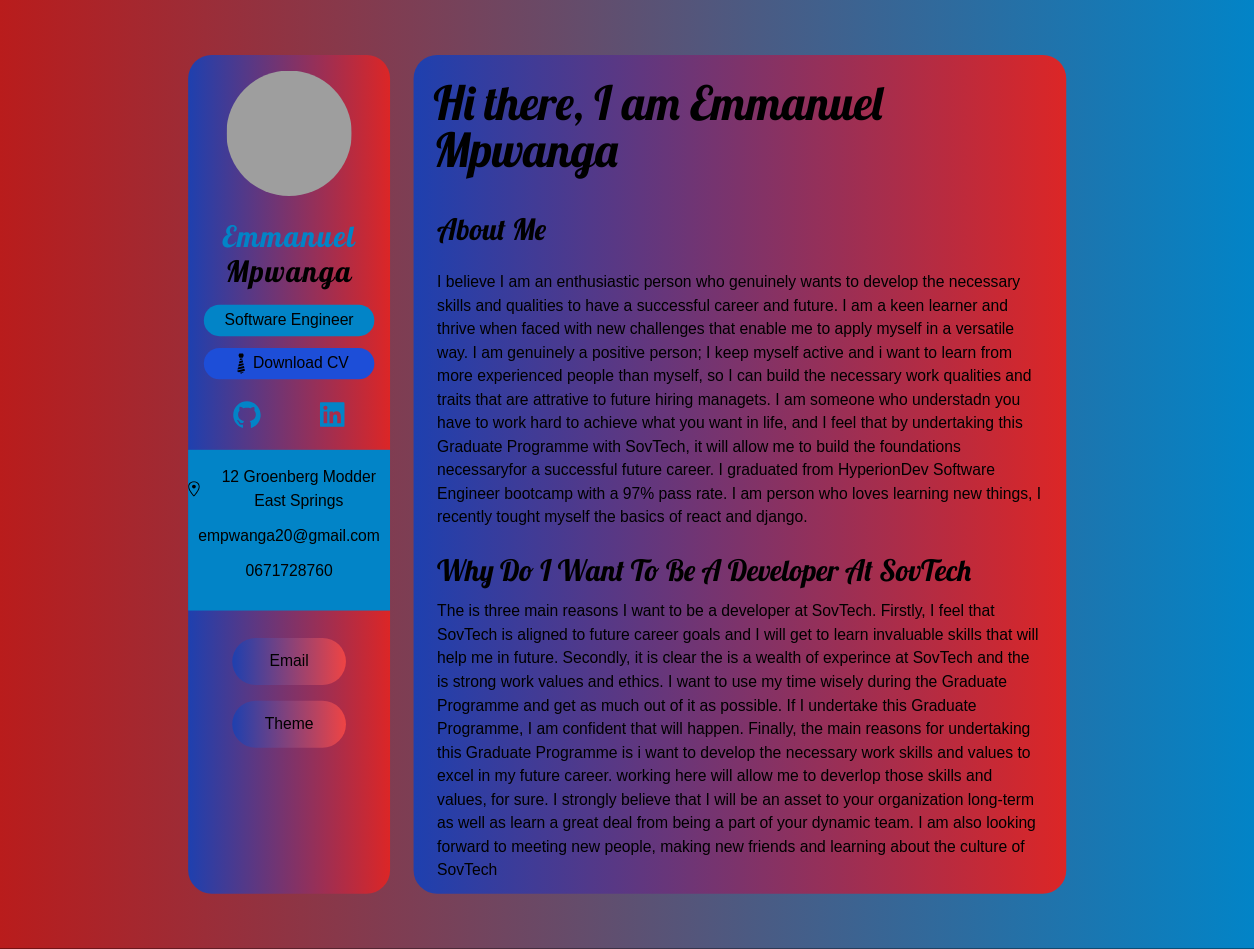
Repository: mannympwanga/portfolio
Page: /
These files come from the project's save history. The page is drawn as it stood at one moment and after the next save; the edit follows.
The browser window is 1280 px wide. The pictures show the whole page, at 98% of full size.
Pictures or frames that could not be fetched are drawn as grey boxes. The project was rebuilt for these pictures with package versions that can differ from the ones it lists, and the page was loaded fresh each time. The framework's server and built-in components were replaced by stand-ins that run in the browser. Also part of the build but not shown: next.config.js.

Above is the page before, as saved 2021-11-24 23:39:07.

After the next save:
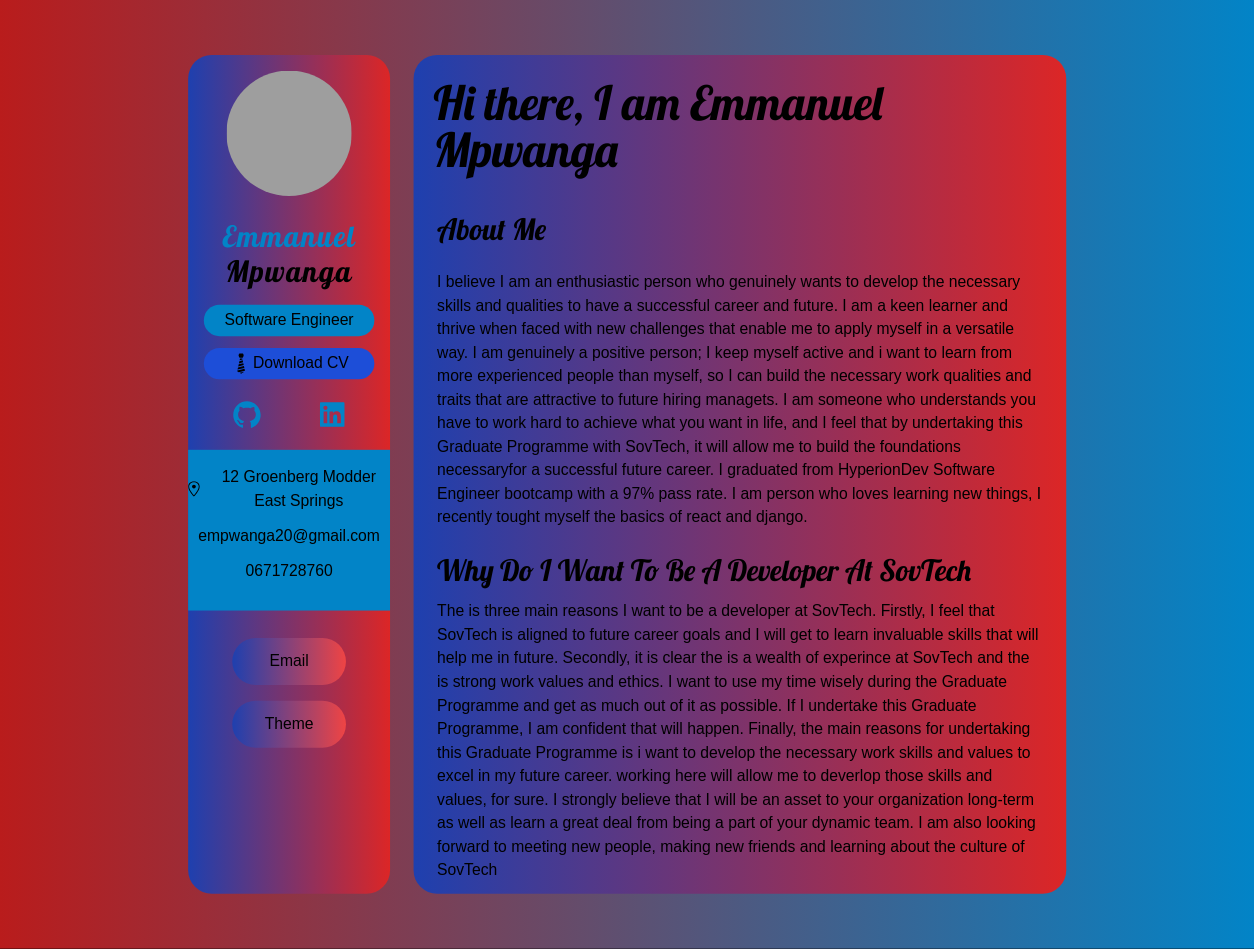
Saved 9 h 9 min later.
--- a/pages/index.tsx
+++ b/pages/index.tsx
@@ -9,8 +9,8 @@
         to apply myself in a versatile way.
         I am genuinely a positive person; I keep myself active and i want to learn from
         more experienced people than myself, so I can build the necessary work qualities
-        and traits that are attrative to future hiring managets.
-        I am someone who understadn you have to work hard to achieve what you want in life,
+        and traits that are attractive to future hiring managets.
+        I am someone who understands you have to work hard to achieve what you want in life,
         and I feel that by undertaking this Graduate Programme with SovTech, it will allow me
         to build the foundations necessaryfor a successful future career. I graduated from HyperionDev
         Software Engineer bootcamp with a 97% pass rate. I am person who loves learning new things, I recently
